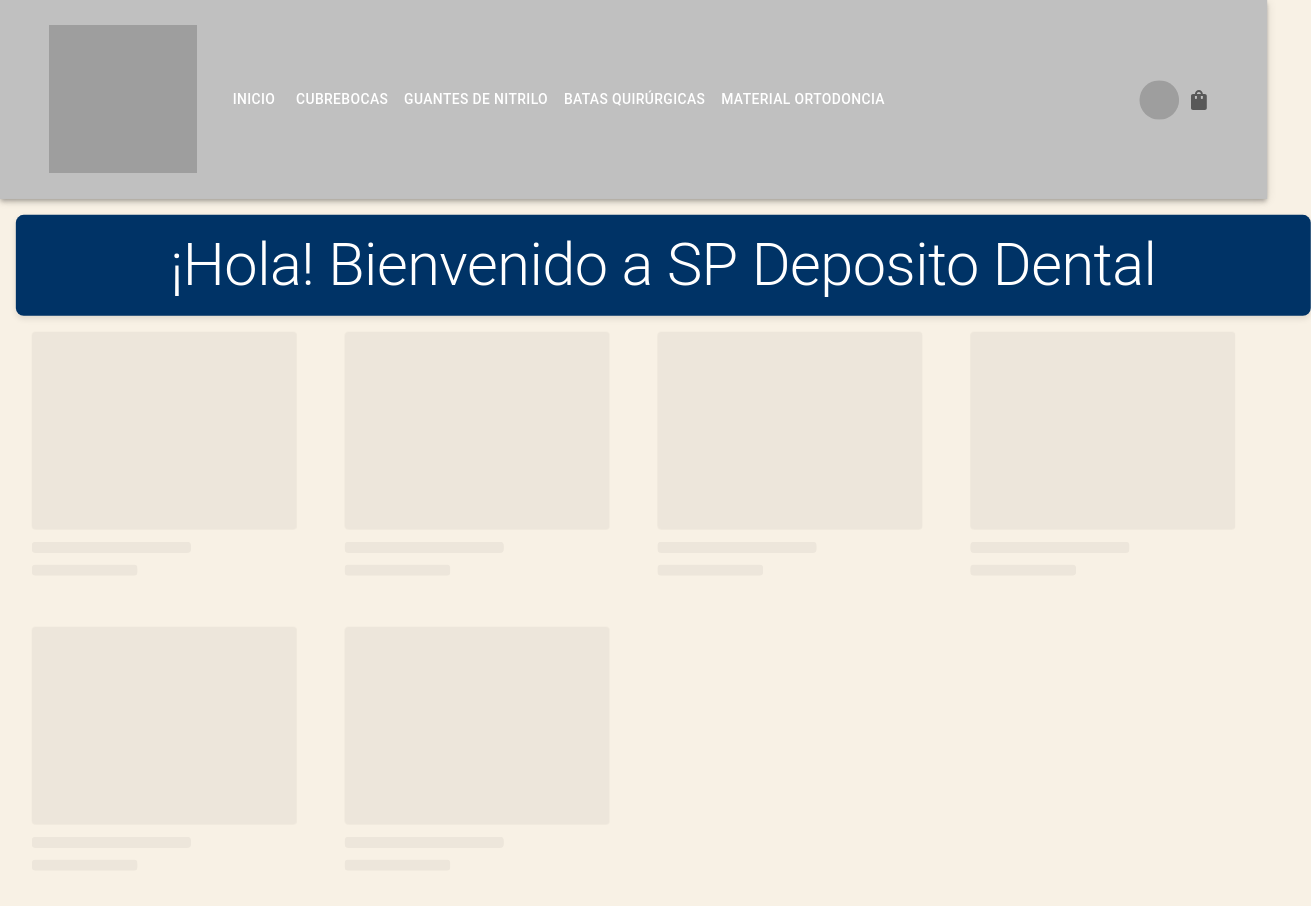
Repository: SebastianPineiro10/ecommerce-coderhouse
Page: /
These files come from the project's save history. The page is drawn as it stood at one moment and after the next save; the edit follows.
The browser window is 1280 px wide. The page is 1324 px wide, then 1280 px, so the pictures cover 1324 px, including what lies to the right of the window. The pictures show the whole page, at 99% of full size.
Pictures or frames that could not be fetched are drawn as grey boxes. The page's requests for data from a server got no answer. The project was rebuilt for these pictures with package versions that can differ from the ones it lists, and the page was loaded fresh each time. No one was signed in, and anything a server would have sent is missing. Also part of the build but not shown: vite.config.js, src/components/common/card/productcard.css, src/components/common/card/ProductCard.jsx, src/components/pages/ItemListContainer/ItemList.jsx, src/components/pages/ItemDetail/ItemDetail.jsx, src/components/pages/ItemDetail/ItemDetailContainer.jsx, src/components/pages/cart/CartContainer.jsx, src/components/pages/checkout/Checkout.jsx and 1 more.

Above is the page before, as saved 2024-11-18 22:37:03.

After the next save:
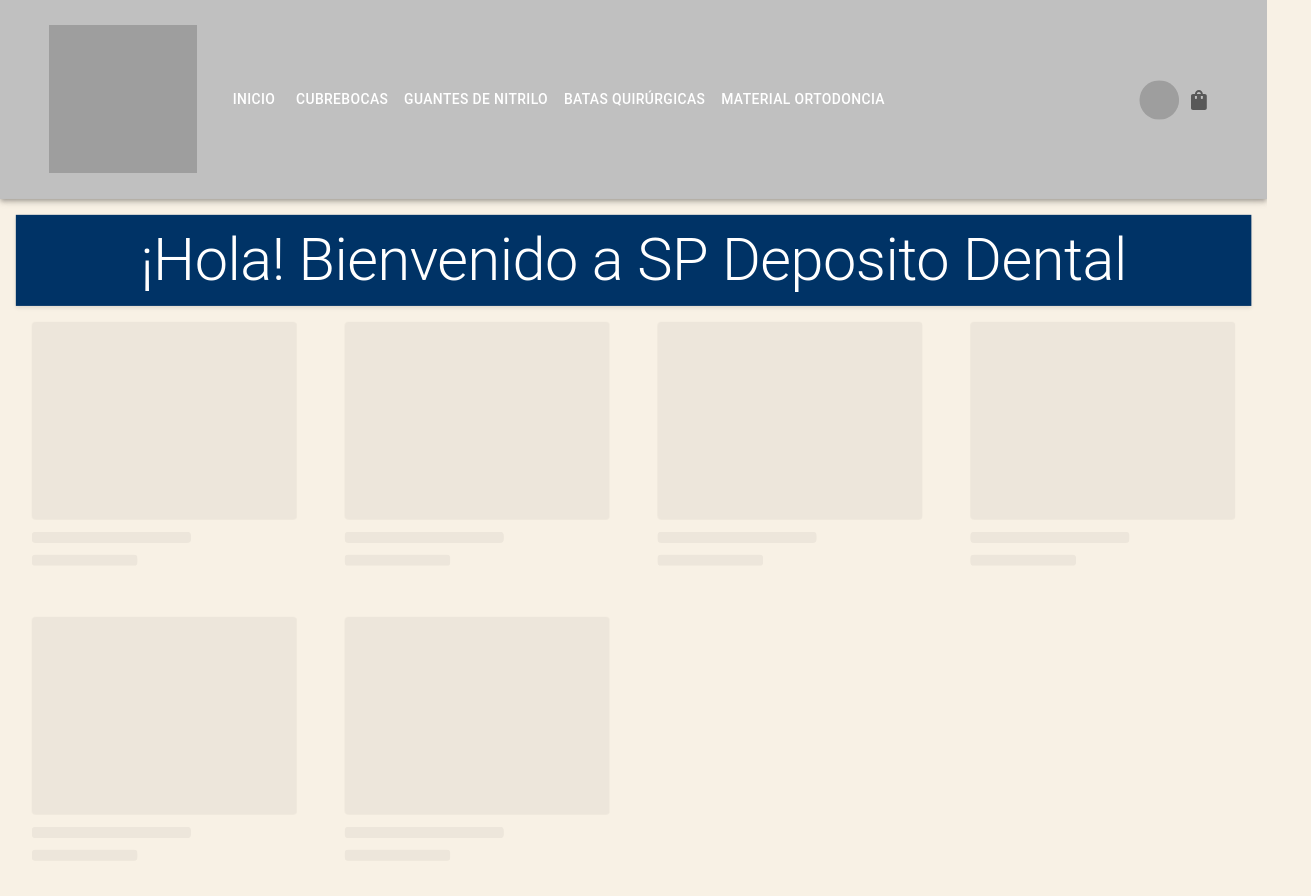
Saved 58 s later.
--- a/src/components/pages/ItemListContainer/ItemListContainer.css
+++ b/src/components/pages/ItemListContainer/ItemListContainer.css
@@ -1,22 +1,23 @@
-/* Contenedor del cuadro de bienvenida */
+/* Contenedor del cuadro de bienvenida (simula el banner debajo del navbar) */
 .welcome-title {
-    margin-top: 0; /* Pegado al navbar */
-    padding: 15px 30px; /* Espaciado para que se vea cómodo */
-    background-color: #003366; /* Fondo azul marino elegante */
-    color: white; /* Texto blanco para alto contraste */
+    margin-top: 0; /* Se pega al navbar */
+    padding: 10px 0; /* Espaciado vertical para que no quede tan grande */
+    background-color: #003366; /* Azul marino elegante */
+    color: white; /* Texto blanco */
     font-family: 'Poppins', sans-serif; /* Fuente moderna */
-    font-size: 2rem; /* Tamaño adecuado para que se lea bien */
+    font-size: 1.8rem; /* Ajuste de tamaño para que sea más discreto */
     text-align: center; /* Centrado */
-    font-weight: 600; /* Peso moderado para que se vea sólido */
-    border-radius: 8px; /* Bordes ligeramente redondeados */
+    font-weight: 600; /* Moderado para un texto destacado */
+    border-radius: 0; /* Sin bordes redondeados para que se vea como un banner recto */
     width: 100%; /* Asegura que ocupe todo el ancho */
-    box-shadow: 0 3px 6px rgba(0, 0, 0, 0.1); /* Sombra suave para darle profundidad */
-    transition: all 0.3s ease; /* Transición suave para el hover */
+    box-shadow: 0 2px 4px rgba(0, 0, 0, 0.1); /* Sombra suave para darle un toque de profundidad */
+    position: relative; /* Necesario para posicionar correctamente debajo del navbar */
+    z-index: 10; /* Asegura que esté por encima de otros elementos */
+    top: 0; /* Se pega al top */
   }
 
-  /* Efecto de hover para agregar interactividad */
+  /* Efecto de hover sutil, solo si quieres hacerlo más interactivo */
   .welcome-title:hover {
-    background-color: #00509d; /* Color azul más claro al pasar el mouse */
-    cursor: pointer; /* Cambia el cursor al pasar encima */
-    transform: translateY(-2px); /* Efecto de elevación sutil */
+    background-color: #00509d; /* Un azul más claro al pasar el mouse */
+    cursor: pointer; /* Cambia el cursor para indicar interactividad */
   }
